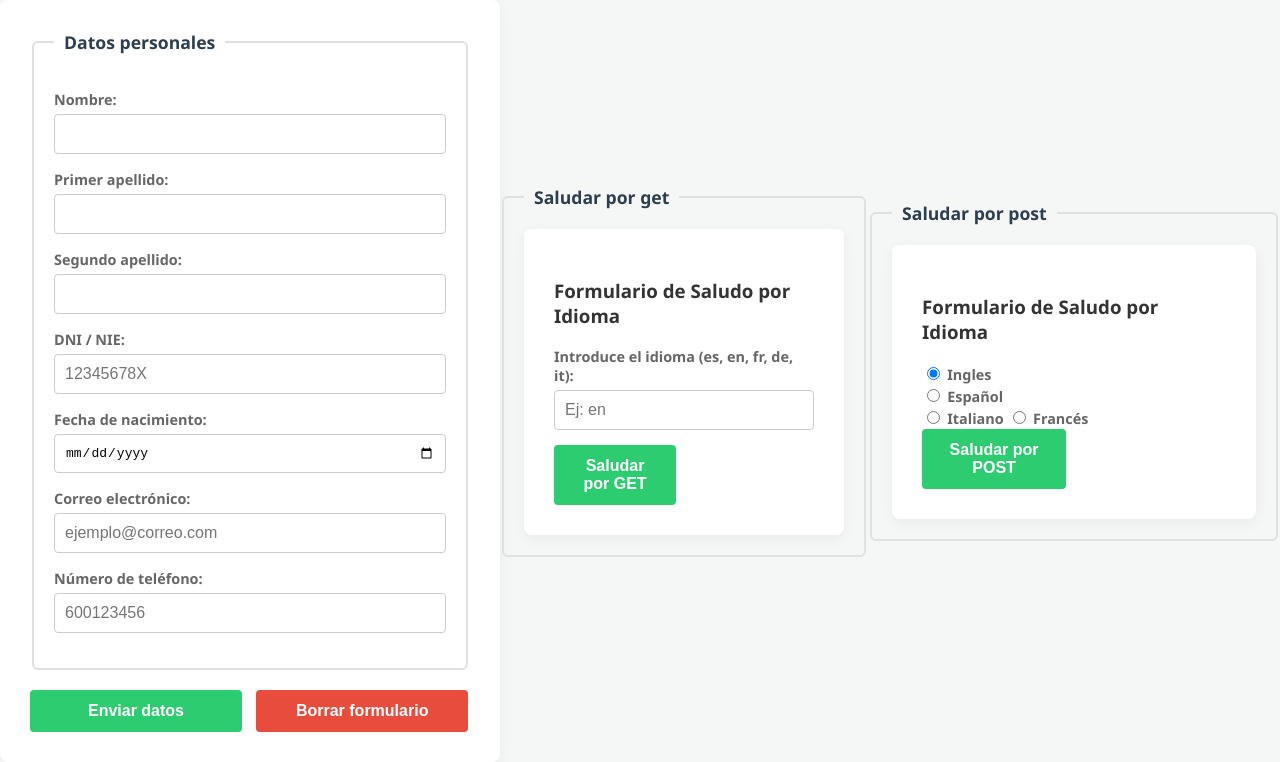
Repository: Daniel-gc271/Acceso-a-datos
Page: webapp-example/src/main/webapp/Ej5-post.html
An editor plug-in stored every save of this project. The page is shown before and after the next save, followed by the edit.
The browser window is 1280 px wide. The pictures show the whole page.

Above is the page before, as saved 2026-10-05 10:40:18.

### webapp-example/src/main/webapp/Ej5-post.html
<!DOCTYPE html>
<html>
<head>
<meta charset="UTF-8">
<title>Insert title here</title>
<link rel="stylesheet" href="estilos.css">
</head>
<body>
	<form action="Ej5Post_ejemplo" method="post">
		<fieldset>
			<legend>Datos personales</legend>

			<!-- Nombre -->
			<p>
				<label for="nombre">Nombre:</label> <input type="text" name="nombre"
					id="nombre" required>
			</p>

			<!-- Apellidos -->
			<p>
				<label for="apellido1">Primer apellido:</label> <input type="text"
					name="apellido1" id="apellido1" required>
			</p>
			<p>
				<label for="apellido2">Segundo apellido:</label> <input type="text"
					name="apellido2" id="apellido2">
			</p>

			<!-- DNI / NIE -->
			<p>
				<label for="dni">DNI / NIE:</label> <input type="text" name="dni"
					id="dni" placeholder="12345678X">
			</p>

			<!-- Fecha de nacimiento -->
			<p>
				<label for="nacimiento">Fecha de nacimiento:</label> <input
					type="date" name="nacimiento" id="nacimiento">
			</p>

			<!-- Correo electrónico -->
			<p>
				<label for="email">Correo electrónico:</label> <input type="email"
					name="email" id="email" placeholder="ejemplo@correo.com">
			</p>

			<!-- Número de teléfono -->
			<p>
				<label for="telefono">Número de teléfono:</label> <input type="tel"
					name="telefono" id="telefono" placeholder="600123456">
			</p>

		</fieldset>

		<!-- Botones de acción -->
		<button type="submit">Enviar datos</button>
		<button type="reset">Borrar formulario</button>
	</form>

<fieldset>
			<legend>Saludar por get</legend>
	<form action="Ej5Post_ejemplo" method="get" >
	<h3>Formulario de Saludo por Idioma</h3>

	<!-- Enviamos la variable saludo de forma fija -->
	<input type="hidden" name="saludo" value="Hola">

	<p>
		<label for="idioma">Introduce el idioma (es, en, fr, de, it):</label>
		<input type="text" name="idioma" id="idioma" placeholder="Ej: en" required>
	</p>

	<button type="submit">Saludar por GET</button>
</form>
</fieldset>



<fieldset>
			<legend>Saludar por post</legend>
	<form action="Ej5Post_ejemplo" method="post" >
	<h3>Formulario de Saludo por Idioma</h3>




  <input type="radio" id="ingles" name="so" value="Hello World!" checked>
  <label for="ingles">Ingles</label><br>

  <input type="radio" id="español" name="so" value="19 de julio de 2026 campeones del mundo!">
  <label for="español">Español</label><br>

  <input type="radio" id="italiano" name="so" value="Ciao a tutti">
  <label for="italiano">Italiano</label>


	<input type="radio" id="frances" name="so" value="bonjour le gars">
  <label for="frances">Francés</label>




	<button type="submit">Saludar por POST</button>
</form>
</fieldset>


</body>
</html>

### webapp-example/src/main/webapp/estilos.css
/* Estilos generales */
body {
    font-family: 'Segoe UI', Tahoma, Geneva, Verdana, sans-serif;
    background-color: #f4f7f6;
    color: #333;
    display: flex;
    justify-content: center;
    align-items: center;
    min-height: 100vh;
    margin: 0;
}

/* Contenedor del formulario */
form {
    background-color: #ffffff;
    padding: 30px;
    border-radius: 8px;
    box-shadow: 0 4px 15px rgba(0, 0, 0, 0.05);
    max-width: 500px;
    width: 100%;
    box-sizing: border-box;
}

/* Agrupación por secciones */
fieldset {
    border: 2px solid #e0e0e0;
    border-radius: 6px;
    padding: 20px;
    margin-bottom: 20px;
}

legend {
    font-weight: bold;
    color: #2c3e50;
    padding: 0 10px;
    font-size: 1.1em;
}

/* Filas del formulario */
p {
    margin-bottom: 15px;
    display: flex;
    flex-direction: column;
}

/* Etiquetas */
label {
    margin-bottom: 5px;
    font-size: 0.9em;
    color: #666;
    font-weight: 600;
}

/* Campos de entrada (inputs) */
input[type="text"],
input[type="date"],
input[type="email"],
input[type="tel"] {
    padding: 10px;
    border: 1px solid #ccc;
    border-radius: 4px;
    font-size: 1em;
    outline: none;
    transition: border-color 0.3s ease;
}

input:focus {
    border-color: #3498db;
    box-shadow: 0 0 5px rgba(52, 152, 219, 0.3);
}

/* Botones */
button {
    padding: 12px 20px;
    border: none;
    border-radius: 4px;
    font-size: 1em;
    font-weight: bold;
    cursor: pointer;
    transition: background-color 0.3s ease;
    margin-right: 10px;
    width: calc(50% - 8px);
    display: inline-block;
}

button[type="submit"] {
    background-color: #2ecc71;
    color: white;
}

button[type="submit"]:hover {
    background-color: #27ae60;
}

button[type="reset"] {
    background-color: #e74c3c;
    color: white;
    margin-right: 0;
}

button[type="reset"]:hover {
    background-color: #c0392b;
}

/* Responsive para los botones */
@media (max-width: 480px) {
    button {
        width: 100%;
        margin-bottom: 10px;
        margin-right: 0;
    }
    button[type="reset"] {
        margin-bottom: 0;
    }
}

After the next save:
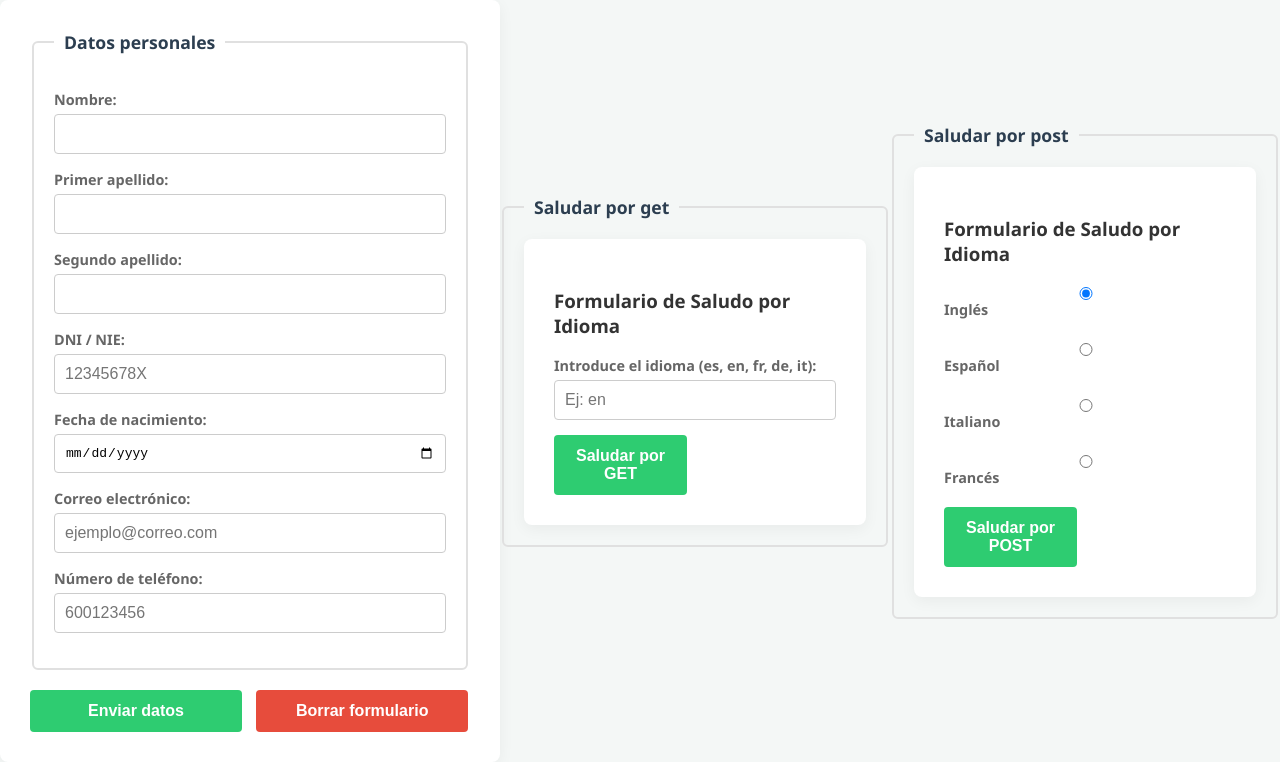
Saved 4 min 44 s later.
--- a/webapp-example/src/main/webapp/Ej5-post.html
+++ b/webapp-example/src/main/webapp/Ej5-post.html
@@ -77,31 +77,34 @@
 
 
 <fieldset>
-			<legend>Saludar por post</legend>
-	<form action="Ej5Post_ejemplo" method="post" >
-	<h3>Formulario de Saludo por Idioma</h3>
+  <legend>Saludar por post</legend>
+  <form action="Ej5Post_ejemplo" method="post">
+    <h3>Formulario de Saludo por Idioma</h3>
 
+    <!-- Envolvemos cada opción en un contenedor con clase para controlar el diseño -->
+    <p class="fila-radio">
+      <input type="radio" id="ingles" name="so" value="Hello World!" checked>
+      <label for="ingles">Inglés</label>
+    </p>
 
+    <p class="fila-radio">
+      <input type="radio" id="español" name="so" value="19 de julio de 2026 campeones del mundo!">
+      <label for="español">Español</label>
+    </p>
 
+    <p class="fila-radio">
+      <input type="radio" id="italiano" name="so" value="Ciao a tutti">
+      <label for="italiano">Italiano</label>
+    </p>
 
-  <input type="radio" id="ingles" name="so" value="Hello World!" checked>
-  <label for="ingles">Ingles</label><br>
+    <p class="fila-radio">
+      <input type="radio" id="frances" name="so" value="bonjour le gars">
+      <label for="frances">Francés</label>
+    </p>
 
-  <input type="radio" id="español" name="so" value="19 de julio de 2026 campeones del mundo!">
-  <label for="español">Español</label><br>
-
-  <input type="radio" id="italiano" name="so" value="Ciao a tutti">
-  <label for="italiano">Italiano</label>
-
-
-	<input type="radio" id="frances" name="so" value="bonjour le gars">
-  <label for="frances">Francés</label>
-
-
-
-
-	<button type="submit">Saludar por POST</button>
-</form>
+    <!-- Añadimos una clase al botón único para que se expanda correctamente -->
+    <button type="submit" class="btn-unico">Saludar por POST</button>
+  </form>
 </fieldset>
 
 
